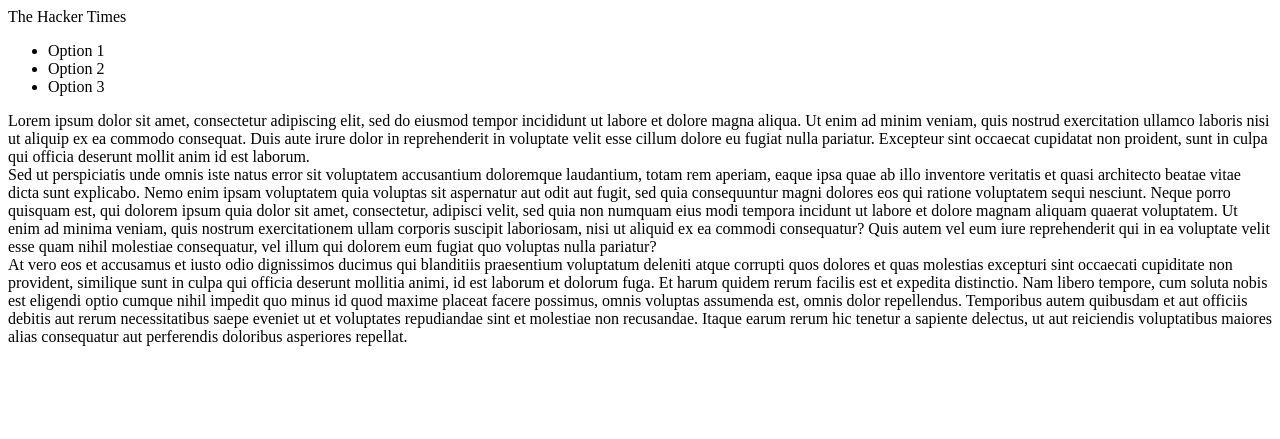
Repository: HackerUSA-CE/CSS-My-CSS-Garden
Page: index.html
An editor plug-in stored every save of this project. The page is shown before and after the next save, followed by the edit.
The browser window is 1280 px wide. The pictures show the whole page.

Above is the page before, as saved 2020-12-02 11:16:14.

### index.html
<!DOCTYPE html>
<html>

<head>
    <title>The Hacker Times</title>
</head>

<body>
    <header>
        The Hacker Times
    </header>
    <nav>
        <Ul>
            <Li>
                Option 1
            </Li>
            <Li>
                Option 2
            </Li>
            <Li>
                Option 3
            </Li>
        </Ul>
    </nav>
    <aside>
        Lorem ipsum dolor sit amet, consectetur adipiscing elit, sed do eiusmod tempor incididunt ut labore et dolore magna aliqua. Ut enim ad minim veniam, quis nostrud exercitation ullamco laboris nisi ut aliquip ex ea commodo consequat. Duis aute irure dolor
        in reprehenderit in voluptate velit esse cillum dolore eu fugiat nulla pariatur. Excepteur sint occaecat cupidatat non proident, sunt in culpa qui officia deserunt mollit anim id est laborum.
    </aside>
    <section>
        Sed ut perspiciatis unde omnis iste natus error sit voluptatem accusantium doloremque laudantium, totam rem aperiam, eaque ipsa quae ab illo inventore veritatis et quasi architecto beatae vitae dicta sunt explicabo. Nemo enim ipsam voluptatem quia voluptas
        sit aspernatur aut odit aut fugit, sed quia consequuntur magni dolores eos qui ratione voluptatem sequi nesciunt. Neque porro quisquam est, qui dolorem ipsum quia dolor sit amet, consectetur, adipisci velit, sed quia non numquam eius modi tempora
        incidunt ut labore et dolore magnam aliquam quaerat voluptatem. Ut enim ad minima veniam, quis nostrum exercitationem ullam corporis suscipit laboriosam, nisi ut aliquid ex ea commodi consequatur? Quis autem vel eum iure reprehenderit qui in ea
        voluptate velit esse quam nihil molestiae consequatur, vel illum qui dolorem eum fugiat quo voluptas nulla pariatur?

        <article>
            At vero eos et accusamus et iusto odio dignissimos ducimus qui blanditiis praesentium voluptatum deleniti atque corrupti quos dolores et quas molestias excepturi sint occaecati cupiditate non provident, similique sunt in culpa qui officia deserunt mollitia
            animi, id est laborum et dolorum fuga. Et harum quidem rerum facilis est et expedita distinctio. Nam libero tempore, cum soluta nobis est eligendi optio cumque nihil impedit quo minus id quod maxime placeat facere possimus, omnis voluptas
            assumenda est, omnis dolor repellendus. Temporibus autem quibusdam et aut officiis debitis aut rerum necessitatibus saepe eveniet ut et voluptates repudiandae sint et molestiae non recusandae. Itaque earum rerum hic tenetur a sapiente delectus,
            ut aut reiciendis voluptatibus maiores alias consequatur aut perferendis doloribus asperiores repellat.
        </article>
    </section>
    <aside>

    </aside>
    <footer>

    </footer>
</body>

</html>

After the next save:
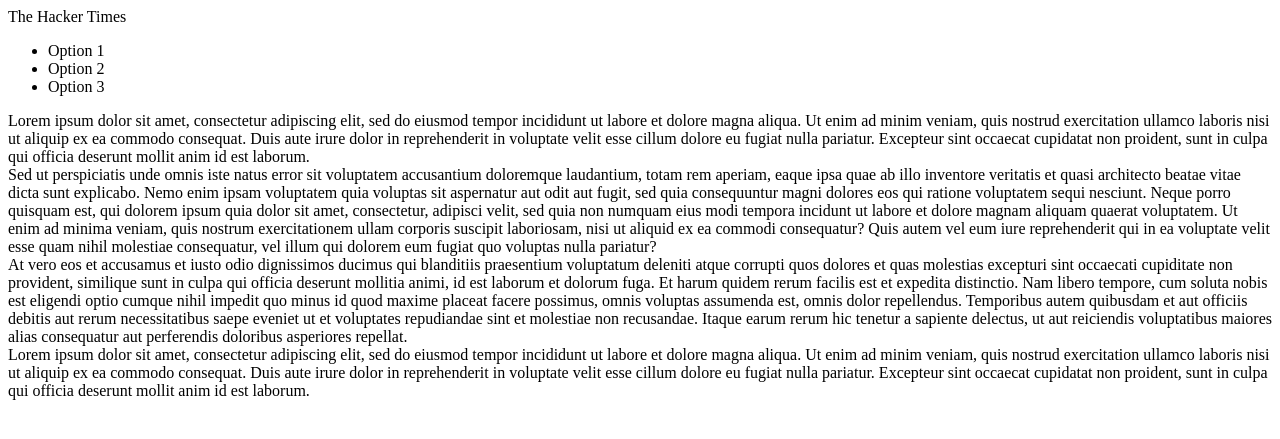
Saved 13 s later.
--- a/index.html
+++ b/index.html
@@ -40,7 +40,8 @@
         </article>
     </section>
     <aside>
-
+        Lorem ipsum dolor sit amet, consectetur adipiscing elit, sed do eiusmod tempor incididunt ut labore et dolore magna aliqua. Ut enim ad minim veniam, quis nostrud exercitation ullamco laboris nisi ut aliquip ex ea commodo consequat. Duis aute irure dolor
+        in reprehenderit in voluptate velit esse cillum dolore eu fugiat nulla pariatur. Excepteur sint occaecat cupidatat non proident, sunt in culpa qui officia deserunt mollit anim id est laborum.
     </aside>
     <footer>
 
